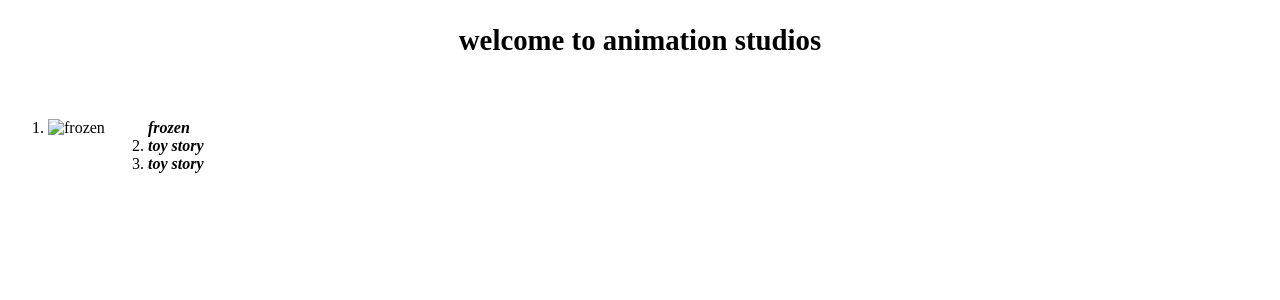
Repository: Rock-ass/New-folder--2-
Page: index.html
These files come from the project's save history. The page is drawn as it stood at one moment and after a run of saves; the edit follows.
The browser window is 1280 px wide. The pictures show the whole page.

Above is the page before, as saved 2021-12-24 21:24:53.

After the next 2 saves:
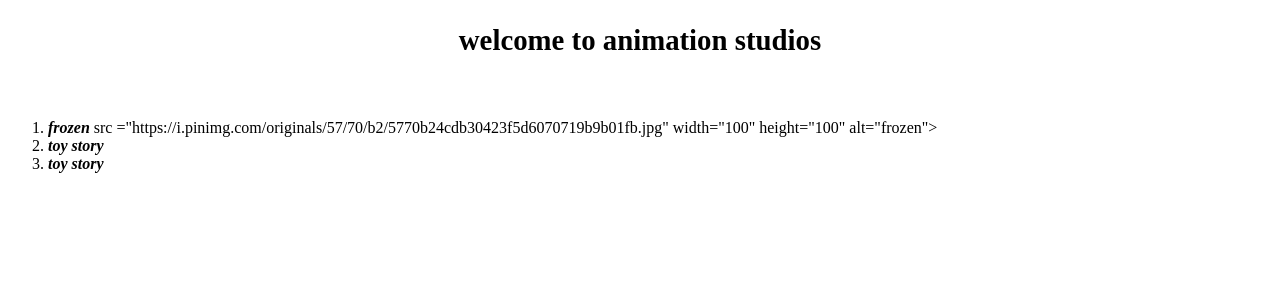
The 2 saves are shown as one change because they came seconds apart.
The last was saved 7 s later.
--- a/index.html
+++ b/index.html
@@ -15,7 +15,7 @@
 <ol>
 <li>
    <strong><i>frozen</i></strong>
-   <img  idsrc ="https://i.pinimg.com/originals/57/70/b2/5770b24cdb30423f5d6070719b9b01fb.jpg"  width="100" height="100" alt="frozen">
+src ="https://i.pinimg.com/originals/57/70/b2/5770b24cdb30423f5d6070719b9b01fb.jpg"  width="100" height="100" alt="frozen">
 <style>
     img{
      float: left;

After the save that followed:
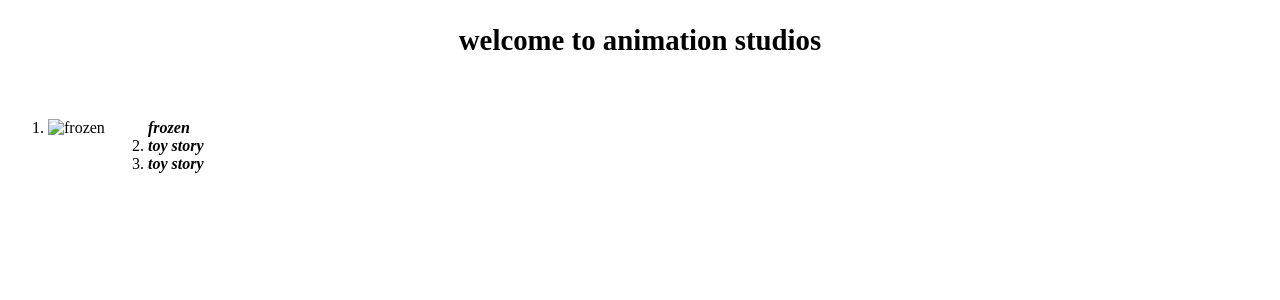
Saved 4 s later.
--- a/index.html
+++ b/index.html
@@ -15,7 +15,7 @@
 <ol>
 <li>
    <strong><i>frozen</i></strong>
-src ="https://i.pinimg.com/originals/57/70/b2/5770b24cdb30423f5d6070719b9b01fb.jpg"  width="100" height="100" alt="frozen">
+   <img id:"src ="https://i.pinimg.com/originals/57/70/b2/5770b24cdb30423f5d6070719b9b01fb.jpg"  width="100" height="100" alt="frozen">
 <style>
     img{
      float: left;
